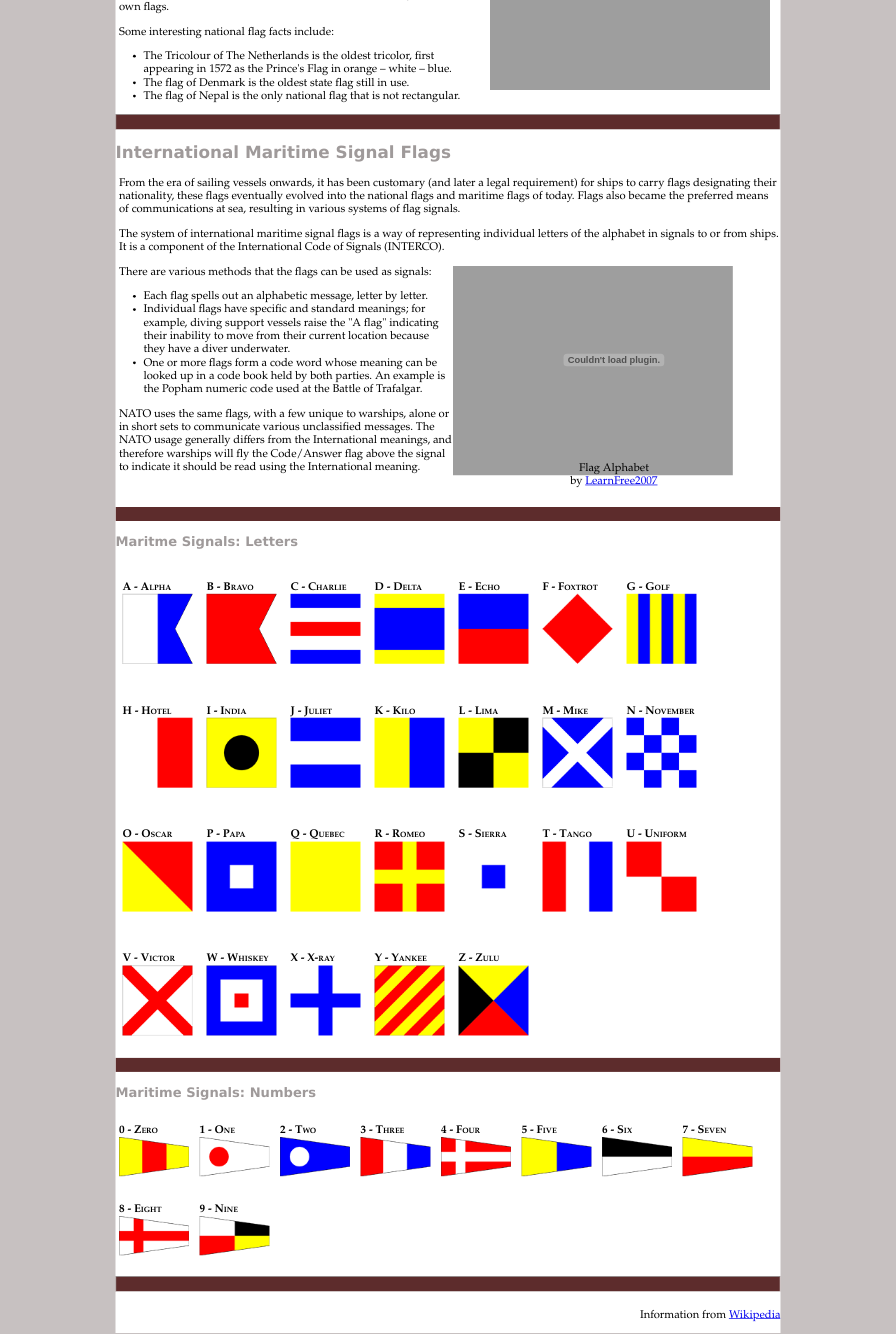
Repository: gabroon/coursework_web
Page: Flags.htm
The author's editor kept a record of every edit. The page is drawn from the files as they stood at one moment, then again after the next edit.
The browser window is 1280 px wide. The pictures show the part of the page from y = 1095 to 3015 px (the page is 3000 px tall before and 3015 px after), at 70% of full size.
Pictures or frames that could not be fetched are drawn as grey boxes.

Above is the page before.

### Flags.htm

<!-- saved from url=(0132)https://blackboard.ncl.ac.uk/bbcswebdav/pid-1842369-dt-content-rid-5822437_1/courses/O1415-CSC8004/Chris/Assessment/flags-XHTML.html -->
<!DOCTYPE html PUBLIC "-//W3C//DTD XHTML 1.0 Strict//EN" "http://www.w3.org/TR/xhtml1/DTD/xhtml1-strict.dtd">
<HTML
xmlns="http://www.w3.org/1999/xhtml">
  <HEAD>
    <META content="IE=11.0000"
    http-equiv="X-UA-Compatible">
    <META http-equiv="Content-Type" content="text/html; charset=utf-8">
    <TITLE>
      Flags
    </TITLE>
    <META name="GENERATOR" content="MSHTML 11.00.9600.17496">
    <LINK rel="stylesheet" type="text/css" href="flags-CSS.css" />
  </HEAD>
  <BODY>
    <DIV id="content">
      <DIV id="FirstBlock">
        <H1>Flags</H1>
         <SPAN id="flagsOnTop"> </SPAN>
      </DIV>

      <DIV id="navbar">
        <UL class="menu" >
          <LI>
            <A href="https://blackboard.ncl.ac.uk/bbcswebdav/pid-1842369-dt-content-rid-5822437_1/courses/O1415-CSC8004/Chris/Assessment/flags-XHTML.html#intro">
              Introduction
            </A>
          </LI>
          <LI>
            <A href="https://blackboard.ncl.ac.uk/bbcswebdav/pid-1842369-dt-content-rid-5822437_1/courses/O1415-CSC8004/Chris/Assessment/flags-XHTML.html#history">
              History
            </A>
          </LI>
          <LI>
            <A href="https://blackboard.ncl.ac.uk/bbcswebdav/pid-1842369-dt-content-rid-5822437_1/courses/O1415-CSC8004/Chris/Assessment/flags-XHTML.html#national">
              National
              Flags
            </A>
          </LI>
          <LI>
            <A id="sub" href="https://blackboard.ncl.ac.uk/bbcswebdav/pid-1842369-dt-content-rid-5822437_1/courses/O1415-CSC8004/Chris/Assessment/flags-XHTML.html#maritime">
              International
              Maritime Signal Flags
            </A>
            <UL id="hideMenu">
              <LI>
                <A href="https://blackboard.ncl.ac.uk/bbcswebdav/pid-1842369-dt-content-rid-5822437_1/courses/O1415-CSC8004/Chris/Assessment/flags-XHTML.html#letters">
                  Maritme
                  Signals: Letters
                </A>
              </LI>
              <LI>
                <A href="https://blackboard.ncl.ac.uk/bbcswebdav/pid-1842369-dt-content-rid-5822437_1/courses/O1415-CSC8004/Chris/Assessment/flags-XHTML.html#numbers">
                  Maritme
                  Signals: Numbers
                </A>
              </LI>
            </UL>
          </LI>
        </UL>

      </DIV>

      <DIV id="intro">
        <H2>
          <SPAN class="box">
          </SPAN>
          Introduction
        </H2>
        <P>
          A flag is a piece of fabric, often flown from a pole or mast,  generally used
          symbolically for signaling or identification. It is most  commonly used to
          symbolize a country. The term flag is also used to  refer to the graphic design
          employed by a flag, or to its depiction in  another medium. Flags are also used
          in messaging, advertising, or for  other decorative purposes. The study of flags
          is known as
          <STRONG>
            vexillology
          </STRONG>
          , from the Latin
          <EM>
            vexillum
          </EM>

          meaning  flag or banner.
        </P>
      </DIV>
      <HR>
      <DIV id="history">
        <H2>
          <SPAN class="box">
          </SPAN>
          History
        </H2>
        <DIV id="photobadge">
          <A href="http://www.flickriver.com/photos/tags/flag/interesting/">
            <IMG class="flickrImage"
            title="View most interesting 'flag' photos on Flickriver" alt="View most interesting 'flag' photos on Flickriver"
            src="Flags_files/flag.jpg">
          </A>
        </DIV>
        <P>
          The origin of modern flags lies in our remote prehistoric past. When  people
          started to form large groups to live and hunt together, they  appointed a leader
          to rule them and settle disputes. As a mark of office  this leader would wear
          some sort of ceremonial head-dress and hold a  long decorative staff, rod or
          spear, topped with an ornament or tribal  emblem. The staff was also used as a
          visible sign to rally around, or to  point out the direction of a march or
          attack. This prehistoric, or  proto-flag, is known as a vexilloid.
        </P>
        <P>
          Later in Ancient China, a different tradition developed when silk was
          invented between 6000 and 3000 BC. This strong, light fabric was ideal  for
          making banners, which were much easier to carry than the vexilloids  that had
          been used earlier, and they were also easier to see from a  distance.
        </P>
        <P>
          From Ancient China the use of fabric flags spread to Mongolia, Japan,  Korea,
          India, Persia, Ancient Greece, and finally the Roman Empire and  the rest of
          Europe.
        </P>
        <P>
          During the Middle Ages, flags were used for a variety of purposes  including:
          identification of members of nobility, guilds, cities,  religious worship, and
          for use during battles. In battle, flags were  used by military companies for
          identification on the field and relaying  of strategic instructions.
        </P>
        <P>
          From the era of sailing vessels onwards, it has been customary (and  later a
          legal requirement) for ships to carry flags designating their  nationality.
          These flags eventually evolved into the national flags and  maritime flags of
          today. Flags also became the preferred means of  communications at sea,
          resulting in various systems of flag signals (see
          <A href="https://blackboard.ncl.ac.uk/bbcswebdav/pid-1842369-dt-content-rid-5822437_1/courses/O1415-CSC8004/Chris/Assessment/flags-XHTML.html#maritime">
            International
            Maritime Signal Flags
          </A>
          )
        </P>
      </DIV>
      <HR>
      <DIV id="national">
        <H2>
          <SPAN class="box">
          </SPAN>
          National Flags
        </H2>
        <DIV id="nationalText">
          <P>
            One of the most popular uses of a flag is to symbolize a nation or  country.
            Some national flags have been particularly inspirational to  other nations,
            countries, or subnational entities in the design of their  own flags.
          </P>
          <P>
            Some interesting national flag facts include:
          </P>
          <UL>
            <LI>
              The Tricolour of The Netherlands is the oldest tricolor, first appearing
              in 1572 as the Prince's Flag in orange – white – blue.
            </LI>
            <LI>
              The flag of Denmark is the oldest state flag still in use.
            </LI>
            <LI>
              The flag of Nepal is the only national flag that is not
              rectangular.
            </LI>
          </UL>
        </DIV>
        <SPAN id="nationalFlags">
        </SPAN>
      </DIV>
      <HR>
      <DIV id="maritime">
        <H2>
          <SPAN class="box">
          </SPAN>
          International Maritime Signal Flags
        </H2>
        <P>
          From the era of sailing vessels onwards, it has been customary (and  later a
          legal requirement) for ships to carry flags designating their  nationality,
          these flags eventually evolved into the national flags and  maritime flags of
          today. Flags also became the preferred means of  communications at sea,
          resulting in various systems of flag signals.
        </P>
        <P>
          The system of international maritime signal flags is a way of representing
          individual letters of the alphabet in signals to or from ships. It is a
          component of the International Code of Signals (INTERCO).
        </P>
        <DIV id="videobox">
          <OBJECT width="420" height="240" data="http://www.youtube.com/v/zOETaUx3c4o?hl=en_GB&amp;version=3"
          type="application/x-shockwave-flash">
            <PARAM name="movie" value="http://www.youtube.com/v/zOETaUx3c4o?hl=en_GB&amp;version=3">
            <PARAM name="allowFullScreen" value="true">
            <PARAM name="allowscriptaccess"
            value="always">
          </OBJECT>
          <DIV>
          <BR>
          Flag Alphabet
          <BR>
          by
          <A href="http://www.youtube.com/user/LearnFree2007">
            LearnFree2007
          </A>
          </DIV>
        </DIV>
        <P>
          There are various methods that the flags can be used as signals:
        </P>
        <UL>
          <LI>
            Each flag spells out an alphabetic message, letter by letter.
          </LI>
          <LI>
            Individual flags have specific and standard meanings; for example, diving
            support vessels raise 		    the "A flag" indicating their inability to move
            from their current location because 				they have a diver underwater.
          </LI>
          <LI>
            One or more flags form a code word whose meaning can be looked up in a
            code book held by both 		    parties. An example is the Popham numeric code
            used at the Battle of Trafalgar.
          </LI>
        </UL>
        <P>
          NATO uses the same flags, with a few unique to warships, alone or in  short
          sets to communicate various unclassified messages. The NATO usage  generally
          differs from the International meanings, and therefore  warships will fly the
          Code/Answer flag above the signal to indicate it  should be read using the
          International meaning.
        </P>
      </DIV>
      <DIV id="letters">
        <H3>
          <SPAN class="box">
          </SPAN>
          Maritme Signals: Letters
        </H3>
        <P>
          A - Alpha
          <BR>
          <IMG width="100" height="100" title='"I have a diver down; keep well clear at slow speed."'
          alt='"I have a diver down; keep well clear at slow speed."' src="Flags_files/100_ICS_Alpha.svg.png">
        </P>
        <P>
          B - Bravo
          <BR>
          <IMG width="100" height="100" title='"I am taking in, or discharging, or carrying dangerous goods." '
          alt='"I am taking in, or discharging, or carrying dangerous goods." ' src="Flags_files/100_ICS_Bravo.svg.png">
        </P>
        <P>
          C - Charlie
          <BR>
          <IMG width="100" height="100" title='"Affirmative."' alt='"Affirmative."'
          src="Flags_files/100_ICS_Charlie.svg.png">
        </P>
        <P>
          D - Delta
          <BR>
          <IMG width="100" height="100" title='"Keep clear of me; I am maneuvering with difficulty."'
          alt='"Keep clear of me; I am maneuvering with difficulty."' src="Flags_files/100_ICS_Delta.svg.png">
        </P>
        <P>
          E - Echo
          <BR>
          <IMG width="100" height="100" title='"I am altering my course to starboard."'
          alt='"I am altering my course to starboard."' src="Flags_files/100_ICS_Echo.svg.png">
        </P>
        <P>
          F - Foxtrot
          <BR>
          <IMG width="100" height="100" title='"I am disabled; communicate with me."'
          alt='"I am disabled; communicate with me."' src="Flags_files/100_ICS_Foxtrot.svg.png">
        </P>
        <P>
          G - Golf
          <BR>
          <IMG width="100" height="100" title='"I require a pilot."' alt='"I require a pilot."'
          src="Flags_files/100_ICS_Golf.svg.png">
        </P>
        <P>
          H - Hotel
          <BR>
          <IMG width="100" height="100" title='"I have a pilot on board."'
          alt='"I have a pilot on board."' src="Flags_files/100_ICS_Hotel.svg.png">
        </P>
        <P>
          I - India
          <BR>
          <IMG width="100" height="100" title='"I am altering my course to port."'
          alt='"I am altering my course to port."'
          src="Flags_files/100_ICS_India.svg.png">
        </P>
        <P>
          J - Juliet
          <BR>
          <IMG width="100" height="100" title='"I am on fire and have dangerous cargo on board: keep well clear of me," or "I am leaking dangerous cargo."'
          alt='"I am on fire and have dangerous cargo on board: keep well clear of me," or "I am leaking dangerous cargo."'
          src="Flags_files/100_ICS_Juliet.svg.png">
        </P>
        <P>
          K - Kilo
          <BR>
          <IMG width="100" height="100" title='"I wish to communicate with you."'
          alt='"I wish to communicate with you."'
          src="Flags_files/100_ICS_Kilo.svg.png">
        </P>
        <P>
          L - Lima
          <BR>
          <IMG width="100" height="100" title='"The ship is under quarantine " (in harbour) or "You should stop your vessel instantly." (at sea)'
          alt='"The ship is under quarantine " (in harbour) or "You should stop your vessel instantly." (at sea)'
          src="Flags_files/100_ICS_Lima.svg.png">
        </P>
        <P>
          M - Mike
          <BR>
          <IMG width="100" height="100" title='"My vessel is stopped and making no way through the water."'
          alt='"My vessel is stopped and making no way through the water."' src="Flags_files/100_ICS_Mike.svg.png">
        </P>
        <P>
          N - November
          <BR>
          <IMG width="100" height="100" title='"Negative."' alt='"Negative."'
          src="Flags_files/100_ICS_November.svg.png">
        </P>
        <P>
          O - Oscar
          <BR>
          <IMG width="100" height="100" title='"Man overboard."' alt='"Man overboard."'
          src="Flags_files/100_ICS_Oscar.svg.png">
        </P>
        <P>
          P - Papa
          <BR>
          <IMG width="100" height="100" title='"All persons should report on board as the vessel is about to proceed to sea."'
          alt='"All persons should report on board as the vessel is about to proceed to sea."'
          src="Flags_files/100_ICS_Papa.svg.png">
        </P>
        <P>
          Q - Quebec
          <BR>
          <IMG width="100" height="100" title="&quot;My vessel is 'healthy' and I request free pratique.&quot;"
          alt="&quot;My vessel is 'healthy' and I request free pratique.&quot;" src="Flags_files/100_ICS_Quebec.svg.png">
        </P>
        <P>
          R - Romeo
          <BR>
          <IMG width="100" height="100" title='"The way is off my ship."'
          alt='"The way is off my ship."' src="Flags_files/100_ICS_Romeo.svg.png">
        </P>
        <P>
          S - Sierra
          <BR>
          <IMG width="100" height="100" title='"I am operating astern propulsion."'
          alt='"I am operating astern propulsion."' src="Flags_files/100_ICS_Sierra.svg.png">
        </P>
        <P>
          T - Tango
          <BR>
          <IMG width="100" height="100" title='"Keep clear of me; I am engaged in pair trawling."'
          alt='"Keep clear of me; I am engaged in pair trawling."' src="Flags_files/100_ICS_Tango.svg.png">
        </P>
        <P>
          U - Uniform
          <BR>
          <IMG width="100" height="100" title='"You are running into danger."'
          alt='"You are running into danger."'
          src="Flags_files/100_ICS_Uniform.svg.png">
        </P>
        <P>
          V - Victor
          <BR>
          <IMG width="100" height="100" title='"I require assistance."'
          alt='"I require assistance."' src="Flags_files/100_ICS_Victor.svg.png">
        </P>
        <P>
          W - Whiskey
          <BR>
          <IMG width="100" height="100" title='"I require medical assistance."'
          alt='"I require medical assistance."'
          src="Flags_files/100_ICS_Whiskey.svg.png">
        </P>
        <P>
          X - X-ray
          <BR>
          <IMG width="100" height="100" title='"Stop carrying out your intentions and watch for my signals."'
          alt='"Stop carrying out your intentions and watch for my signals."' src="Flags_files/100_ICS_X-ray.svg.png">
        </P>
        <P>
          Y - Yankee
          <BR>
          <IMG width="100" height="100" title='"I am dragging my anchor."'
          alt='"I am dragging my anchor."' src="Flags_files/100_ICS_Yankee.svg.png">
        </P>
        <P>
          Z - Zulu
          <BR>
          <IMG width="100" height="100" title='"I require a tug."' alt='"I require a tug."'
          src="Flags_files/100_ICS_Zulu.svg.png">
        </P>
      </DIV>
      <DIV id="numbers">
        <H3>
          <SPAN class="box">
          </SPAN>
          Maritime Signals: Numbers
        </H3>
        <P>
          0 - Zero
          <BR>
          <IMG width="100" height="56" title="Zero" alt="Zero" src="Flags_files/100_ICS_Pennant_Zero.svg.png">
        </P>
        <P>
          1 - One
          <BR>
          <IMG width="100" height="56" title="One" alt="One" src="Flags_files/100_ICS_Pennant_One.svg.png">
        </P>
        <P>
          2 - Two
          <BR>
          <IMG width="100" height="56" title="Two" alt="Two" src="Flags_files/100_ICS_Pennant_Two.svg.png">
        </P>
        <P>
          3 - Three
          <BR>
          <IMG width="100" height="56" title="Three" alt="Three" src="Flags_files/100_ICS_Pennant_Three.svg.png">
        </P>
        <P>
          4 - Four
          <BR>
          <IMG width="100" height="56" title="Four" alt="Four" src="Flags_files/100_ICS_Pennant_Four.svg.png">
        </P>
        <P>
          5 - Five
          <BR>
          <IMG width="100" height="56" title="Five" alt="Five" src="Flags_files/100_ICS_Pennant_Five.svg.png">
        </P>
        <P>
          6 - Six
          <BR>
          <IMG width="100" height="56" title="Six" alt="Six" src="Flags_files/100_ICS_Pennant_Six.svg.png">
        </P>
        <P>
          7 - Seven
          <BR>
          <IMG width="100" height="56" title="Seven" alt="Seven" src="Flags_files/100_ICS_Pennant_Seven.svg.png">
        </P>
        <P>
          8 - Eight
          <BR>
          <IMG width="100" height="56" title="Eight" alt="Eight" src="Flags_files/100_ICS_Pennant_Eight.svg.png">
        </P>
        <P>
          9 - Nine
          <BR>
          <IMG width="100" height="56" title="Nine" alt="Nine" src="Flags_files/100_ICS_Pennant_Niner.svg.png">
        </P>
      </DIV>
      <DIV id="footer">
        <hr>
        <p id="referenceText">
          Information from
          <a href="http://www.wikipedia.com/en">
            Wikipedia
          </a>
        </p>
      </DIV>
    </DIV>
  </BODY>
</HTML>

Loaded but not shown: flags-CSS.css (271 lines, source omitted)

After the next edit:
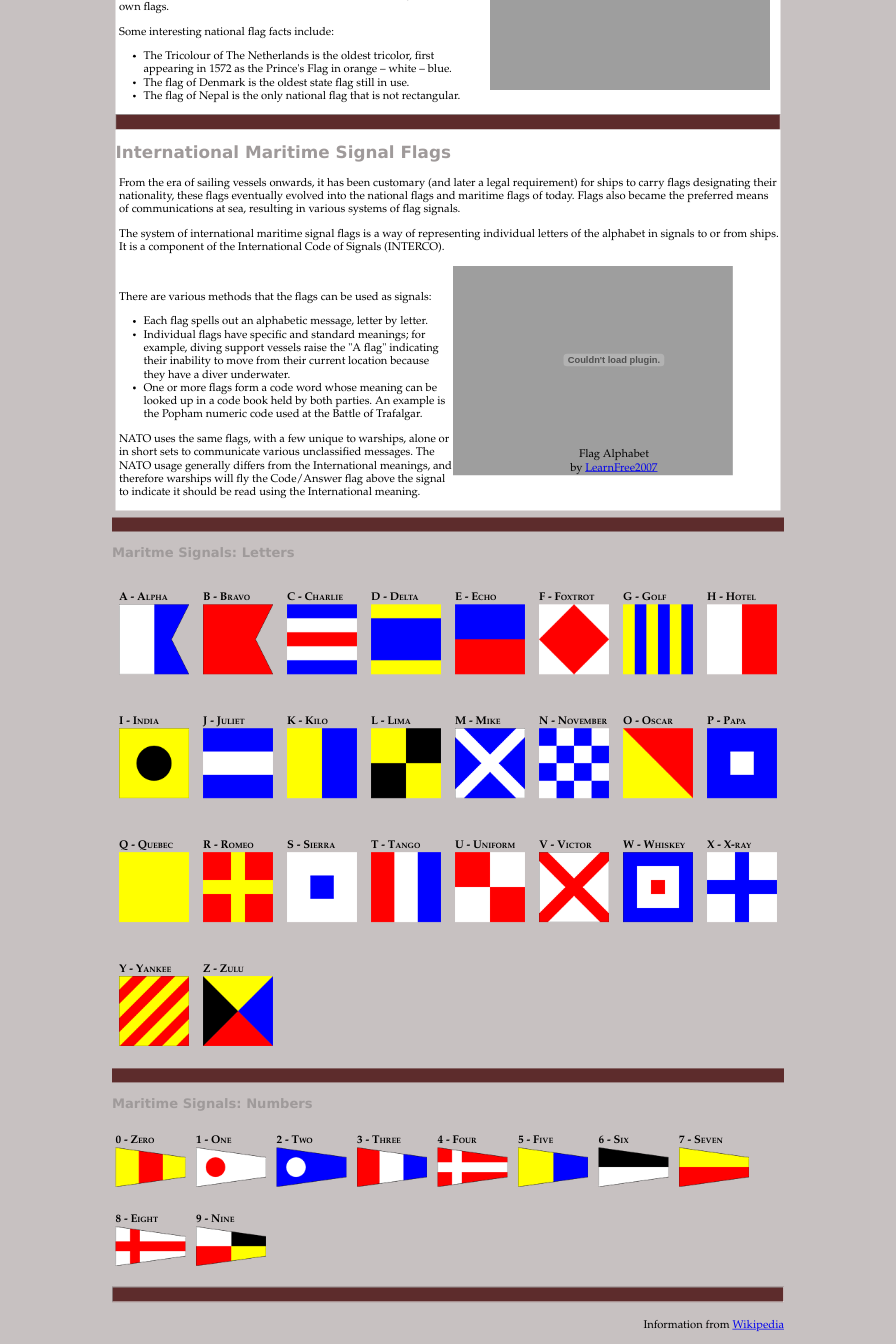
The edit:
--- a/Flags.htm
+++ b/Flags.htm
@@ -199,7 +199,7 @@
             <PARAM name="allowscriptaccess"
             value="always">
           </OBJECT>
-          <DIV>
+          <SPAN>
           <BR>
           Flag Alphabet
           <BR>

After the edit that followed:
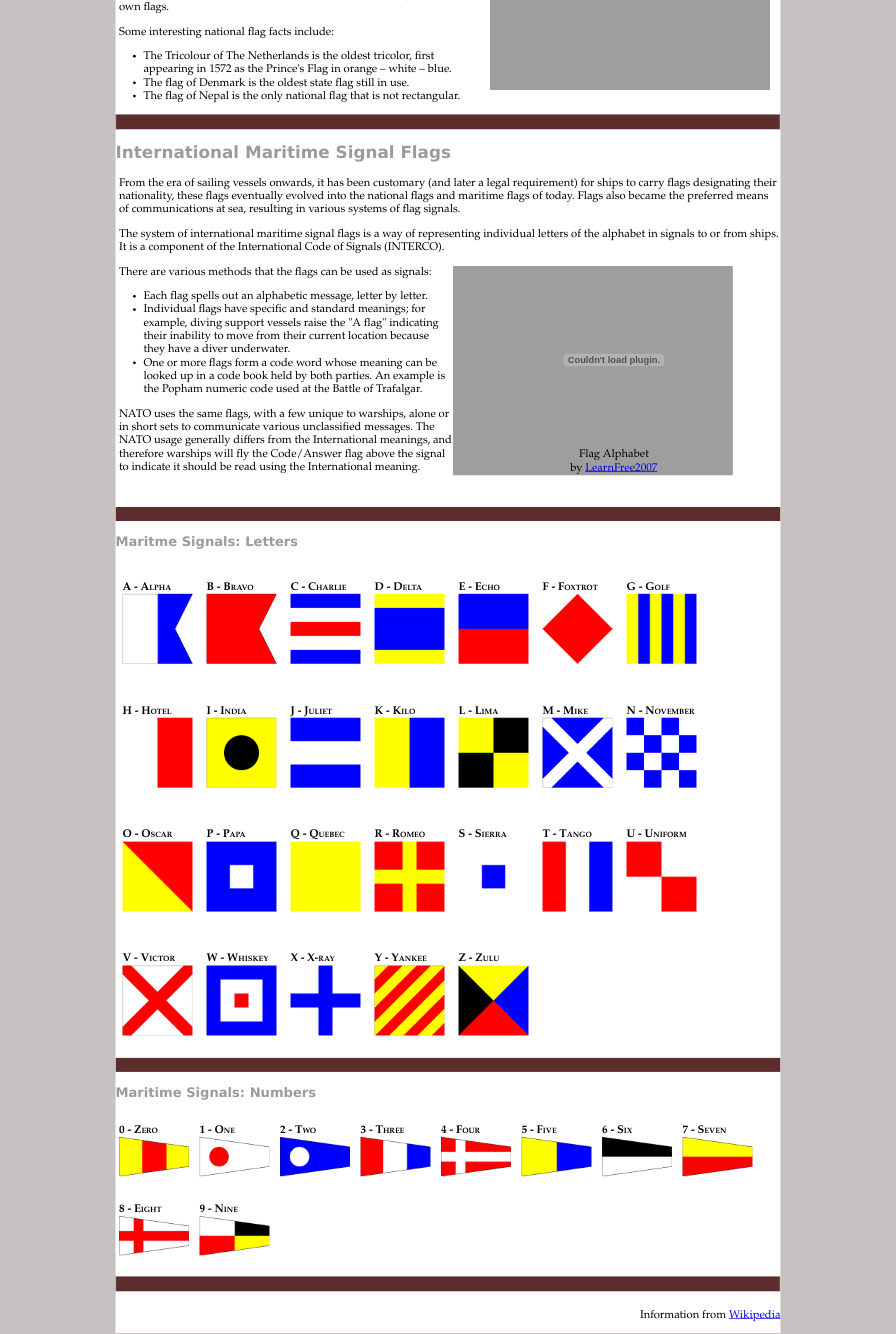
The edit:
--- a/Flags.htm
+++ b/Flags.htm
@@ -207,7 +207,7 @@
           <A href="http://www.youtube.com/user/LearnFree2007">
             LearnFree2007
           </A>
-          </DIV>
+          </SPAN>
         </DIV>
         <P>
           There are various methods that the flags can be used as signals:
